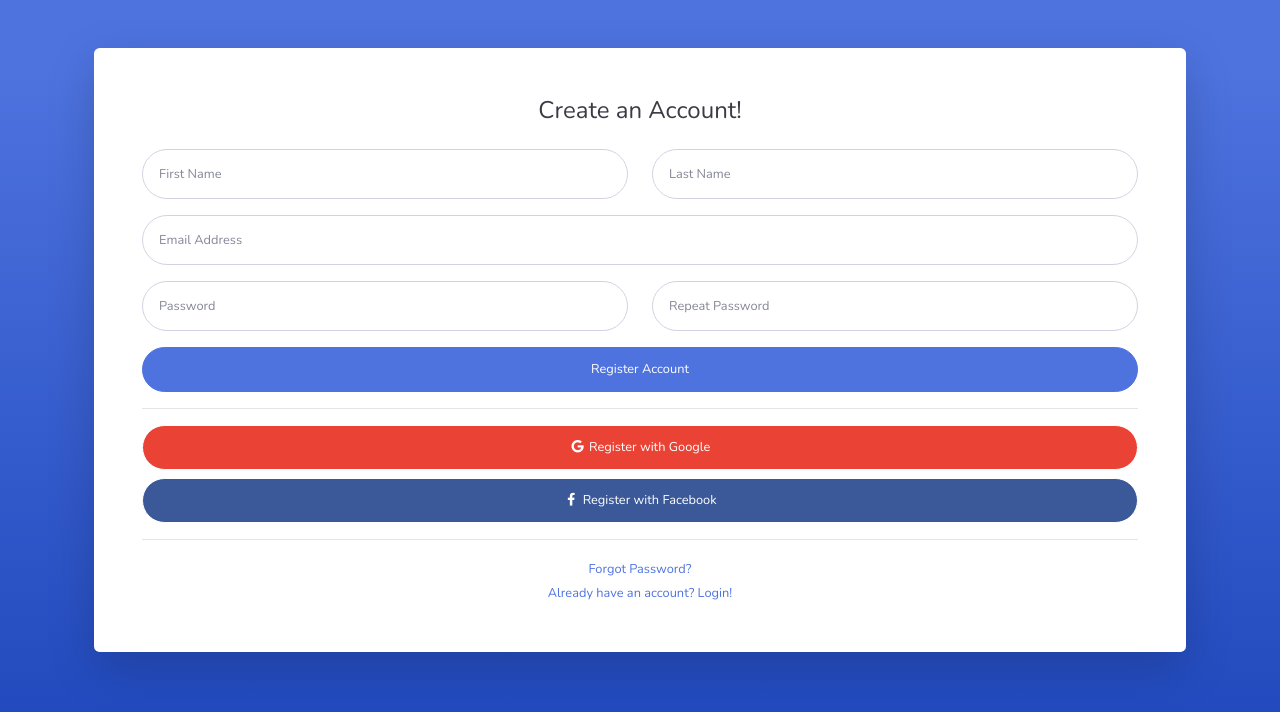
Repository: TuanLe8899/SpringBootProject
Page: http://localhost/register
These files come from the project's save history. The page is drawn as it stood at one moment and after the next save; the edit follows.
The browser window is 1280 px wide. The pictures show the whole page.
The page is this project's Thymeleaf template; nobody is signed in. The template is opened directly, without the code that normally fills it, so the values that code supplies are empty.

Above is the page before, as saved 2022-08-24 14:53:37.

After the next save:
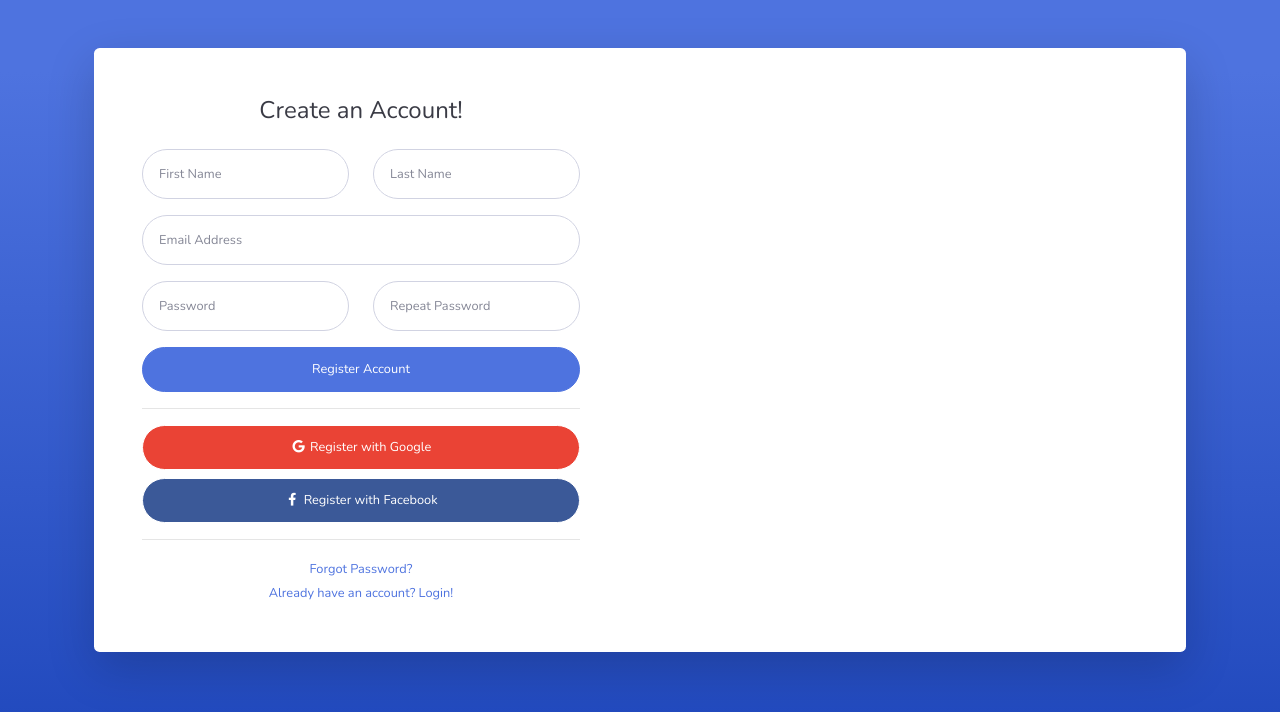
Saved 12 s later.
--- a/complaint_management/src/main/resources/templates/register.html
+++ b/complaint_management/src/main/resources/templates/register.html
@@ -31,7 +31,7 @@
             <div class="card-body p-0">
                 <!-- Nested Row within Card Body -->
                 <div class="row">
-                    <div class="col">
+                    <div class="col-6">
                         <div class="p-5">
                             <div class="text-center">
                                 <h1 class="h4 text-gray-900 mb-4">Create an Account!</h1>
